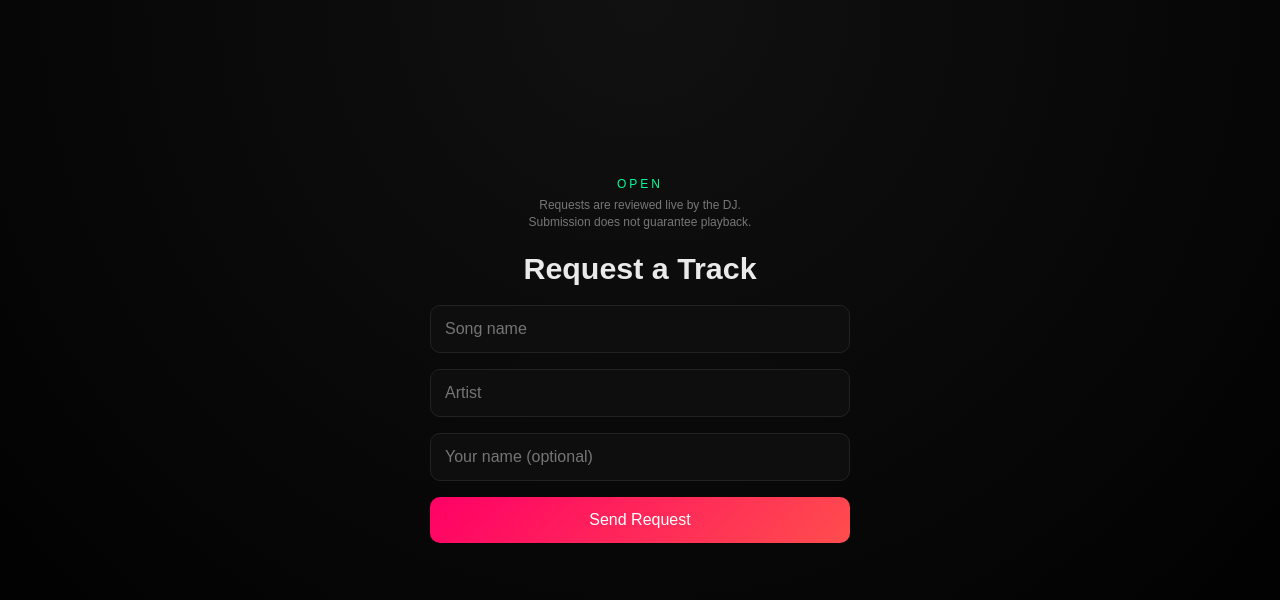
Repository: AryanHeravi/DJ-Request
Page: song_request.html
An editor plug-in stored every save of this project. The page is shown before and after the next save, followed by the edit.
The browser window is 1280 px wide. The pictures show the whole page.

Above is the page before, as saved 2026-02-03 06:35:03.
Console error: ReferenceError: emailjs is not defined

After the next save:
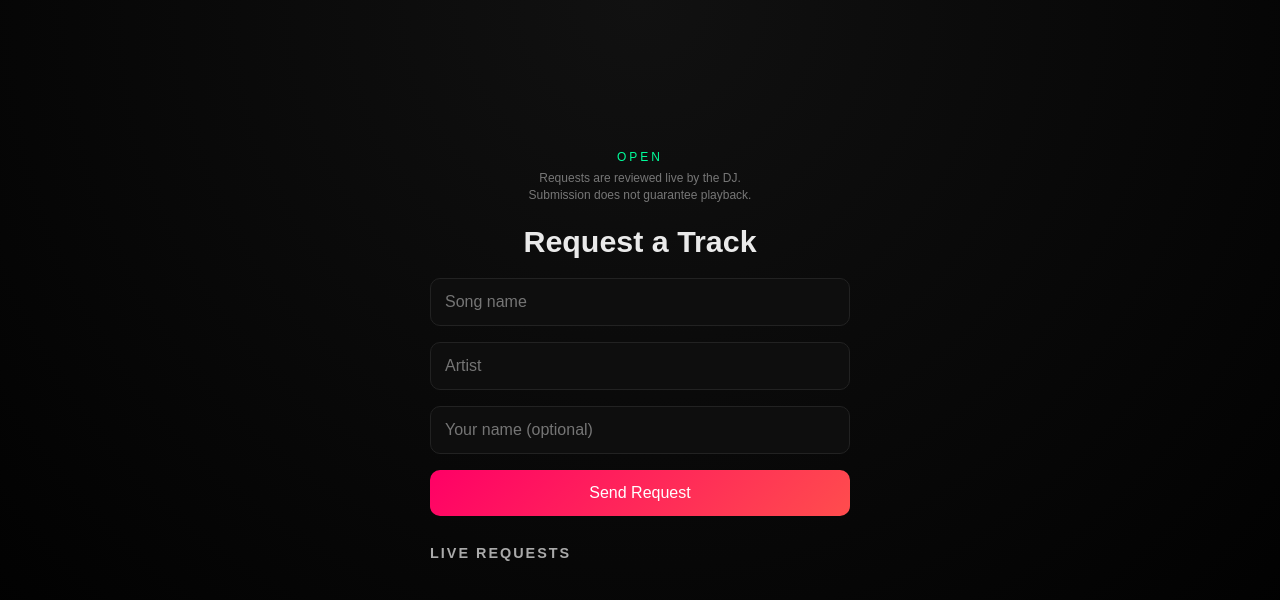
Saved 110 s later.
--- a/song_request.html
+++ b/song_request.html
@@ -87,6 +87,37 @@ button {
   color: #aaa;
   margin: 0.8rem 0;
 }
+
+/* =========================
+   LIVE REQUESTS BOARD
+   ========================= */
+.board {
+  margin-top: 1.8rem;
+  text-align: left;
+}
+
+.board h2 {
+  font-size: 0.9rem;
+  letter-spacing: 2px;
+  color: #aaa;
+  margin-bottom: 0.6rem;
+}
+
+.request {
+  background: #0e0e0e;
+  border: 1px solid #222;
+  border-radius: 8px;
+  padding: 10px 12px;
+  margin-bottom: 0.5rem;
+  font-size: 0.85rem;
+}
+
+.request span {
+  display: block;
+  color: #aaa;
+  font-size: 0.7rem;
+  margin-top: 2px;
+}
 </style>
 </head>
 
@@ -131,6 +162,14 @@ button {
     </a>
   </div>
 
+  <!-- =========================
+       LIVE REQUESTS BOARD
+       ========================= -->
+  <div class="board">
+    <h2>LIVE REQUESTS</h2>
+    <div id="requests"></div>
+  </div>
+
 </div>
 
 <script>
@@ -141,6 +180,30 @@ emailjs.init('zZ9hyStHZbajM0m2U');
 
 const form = document.getElementById('songForm');
 const thankYou = document.getElementById('thankYou');
+const requestsEl = document.getElementById('requests');
+
+/* =========================
+   LOCAL REQUEST STORE
+   (TEMP — backend later)
+   ========================= */
+const requests = [];
+
+/* =========================
+   RENDER REQUESTS
+   ========================= */
+function renderRequests() {
+  requestsEl.innerHTML = "";
+
+  requests.slice().reverse().forEach(req => {
+    const div = document.createElement("div");
+    div.className = "request";
+    div.innerHTML = `
+      <strong>${req.song}</strong> — ${req.artist}
+      <span>${req.time}</span>
+    `;
+    requestsEl.appendChild(div);
+  });
+}
 
 /* =========================
    FORM SUBMISSION
@@ -148,6 +211,21 @@ const thankYou = document.getElementById('thankYou');
 form.addEventListener('submit', e => {
   e.preventDefault();
 
+  const song = form.song.value.trim();
+  const artist = form.artist.value.trim();
+
+  if (!song || !artist) return;
+
+  // Add to live board immediately
+  requests.push({
+    song,
+    artist,
+    time: "just now"
+  });
+
+  renderRequests();
+
+  // Send email
   emailjs.sendForm(
     'service_cxyssu6',
     'template_p4a4m3t',
